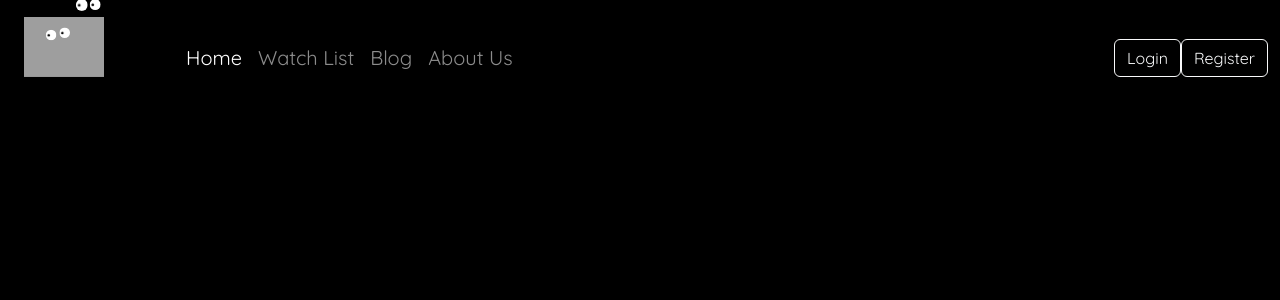
Repository: dangnguyenblackie/Movie-Review-Site
Page: / (app in movie-app/)
These files come from the project's save history. The page is drawn as it stood at one moment and after the next save; the edit follows.
The browser window is 1280 px wide. The pictures show the whole page.
Pictures or frames that could not be fetched are drawn as grey boxes. The page's requests for data from a server got no answer. The project was rebuilt for these pictures with package versions that can differ from the ones it lists, and the page was loaded fresh each time. No one was signed in, and anything a server would have sent is missing. Also part of the build but not shown: movie-app/vite.config.ts, movie-app/src/components/header/Header.css.

Above is the page before, as saved 2023-08-12 22:02:06.

### movie-app/index.html
<!doctype html>
<html lang="en">
  <head>
    <meta charset="UTF-8" />
    <link rel="icon" type="image/svg+xml" href="/vite.svg" />
    <meta name="viewport" content="width=device-width, initial-scale=1.0" />
    <title>Movie</title>
  </head>
  <body>
    <div id="root"></div>
    <script type="module" src="/src/main.tsx"></script>
  </body>
</html>

### movie-app/src/main.tsx
import React from 'react'
import ReactDOM from 'react-dom/client'
import App from './App.tsx'
import './index.css'
import 'bootstrap/dist/css/bootstrap.css'
import './App.css'
import { BrowserRouter, Route, Routes } from 'react-router-dom'

ReactDOM.createRoot(document.getElementById('root')!).render(
  <React.StrictMode>
    <BrowserRouter>
      <Routes>
        <Route path='/*' element={<App />} />
      </Routes>
    </BrowserRouter>
  </React.StrictMode>,
)

### movie-app/src/App.tsx
import { Route, Routes } from "react-router-dom";
import Layout from "./components/Layout";
import Home from "./components/home/Home.jsx";
import { useEffect, useState } from "react";
import api from "./api/axiosConfig";
import "./App.css"
import Header from "./components/header/Header.tsx";
const App = () => {

  const [movies, setMovies] = useState();
  const getMovies = async () => {
    try {
      const response = await api.get("/api/v1/movies");
      setMovies(response.data);
    } catch (error) {
      console.log(error);
    }
  };

  useEffect(() => {
    getMovies();
  }, []);

  return (
    <div className="App">
      <Header />
        <Routes>
          <Route path="/" element={<Layout />}>

            <Route path="/" element={<Home movies={movies}/>} />
          </Route>
        </Routes>
    </div>

  );
};

export default App;

### movie-app/src/index.css
/* :root {
  font-family: Inter, system-ui, Avenir, Helvetica, Arial, sans-serif;
  line-height: 1.5;
  font-weight: 400;

  color-scheme: light dark;
  color: rgba(255, 255, 255, 0.87);
  background-color: #242424;

  font-synthesis: none;
  text-rendering: optimizeLegibility;
  -webkit-font-smoothing: antialiased;
  -moz-osx-font-smoothing: grayscale;
  -webkit-text-size-adjust: 100%;
} */

a {
  font-weight: 500;
  color: #646cff;
  text-decoration: inherit;
}
a:hover {
  color: #535bf2;
}


h1 {
  font-size: 3.2em;
  line-height: 1.1;
}

button {
  border-radius: 8px;
  border: 1px solid transparent;
  padding: 0.6em 1.2em;
  font-size: 1em;
  font-weight: 500;
  font-family: inherit;
  background-color: #1a1a1a;
  cursor: pointer;
  transition: border-color 0.25s;
}
button:hover {
  border-color: #646cff;
}
button:focus,
button:focus-visible {
  outline: 4px auto -webkit-focus-ring-color;
}

@media (prefers-color-scheme: light) {
  :root {
    color: #213547;
    background-color: #ffffff;
  }
  a:hover {
    color: #747bff;
  }
  button {
    background-color: #f9f9f9;
  }
}

### movie-app/src/App.css
@import url('https://fonts.googleapis.com/css2?family=Quicksand&display=swap');

*{
  box-sizing: border-box;
  font-family: 'Quicksand', Arial, Helvetica, sans-serif;
}
body{
  padding:0;
  margin:0;
}
.App{
  display: flex;
  flex-direction: column;
  min-height: 100vh;
  background-color: black;
  color:white;
  /* margin-top:10px; */
}

### movie-app/src/components/Layout.tsx
import { Outlet } from "react-router-dom";

const Layout = () => {
  return (
    <main>
      <Outlet />
    </main>
  );
};

export default Layout;

### movie-app/src/components/home/Home.jsx
import Slide from '../slide/Slide'

const Home = ({ movies }) => {
  return (
    <Slide movies={movies} ></Slide>
  )
}

export default Home

### movie-app/src/api/axiosConfig.tsx
import axios from 'axios'

export default axios.create({
    baseURL: "http://localhost:12000/",
    timeout: 1000
})

### movie-app/src/components/header/Header.tsx
import { Container, Nav, Navbar } from "react-bootstrap";
import { NavLink } from "react-router-dom";
import Morty from "../morty/Morty";
import "./Header.css";

const Header = () => {
  return (
    <Navbar
      bg="black"
      variant="dark"
      expand="lg"
    >
      <Container fluid>
        <Navbar.Brand href="/" style={{ height: "100px", width: "100px" }}>
          <Morty />
        </Navbar.Brand>
        <Navbar.Toggle aria-controls="navbarScroll" />
        <Navbar.Collapse id="navbarScroll">
          <Nav
            className="me-auto my-2 my-lg-0"
            style={{ maxHeight: "100px", fontSize: "20px", margin: "0px 50px" }}
            navbarScroll
          >
            <NavLink className="nav-link" to="/">
              Home
            </NavLink>
            <NavLink className="nav-link" to="/watchlist">
              Watch List
            </NavLink>
            <NavLink className="nav-link" to="/blog">
              Blog
            </NavLink>
            <NavLink className="nav-link" to="/about">
              About Us
            </NavLink>
          </Nav>
          <div className="auth-buttons">
            <button type="button" className="btn btn-outline-light">
              Login
            </button>
            <button type="button" className="btn btn-outline-light">
              Register
            </button>
          </div>
        </Navbar.Collapse>
      </Container>
    </Navbar>
  );
};

export default Header;

### movie-app/src/components/slide/Slide.jsx
import "./Slide.css";
import Carousel from "react-material-ui-carousel";
import { Paper } from "@mui/material";

const Slide = ({ movies }) => {
  return (
    <div className="movie-carousel-container">
      <Carousel>
        {
          movies?.map((movie) => {
            return (
              <Paper>
                <div className="movie-card-container">
                  <div className="movie-card" style={{"--img": `url(${movie.backdrops[0]})`}}>
                    <div className="movie-detail">
                      <div className="movie-poster">
                        <img src={movie.poster} />
                      </div>
                      <div className="movie-title">
                        <h4>{movie.title}</h4>
                      </div>
                    </div>
                  </div>
                </div>
              </Paper>
            );
          })
        }
      </Carousel>
    </div>
  );
};

export default Slide;

### movie-app/src/components/morty/Morty.tsx
import morty from "../../assets/morty.png";
import eye from "../../assets/eye.png";
import { useEffect, useRef, useState } from "react";
import "./Morty.css";
import angle from "./Utils";

const Morty = () => {
  const [coords, setCoords] = useState({ x: 0, y: 0, deg: 0 });
  const anchorRef = useRef<HTMLImageElement>(null);

  var rekt;
  var anchorX: number;
  var anchorY: number;

  useEffect(() => {
    if (anchorRef.current) {
      rekt = anchorRef.current.getBoundingClientRect();
      anchorX = rekt.left + rekt.width / 2;
      anchorY = rekt.top + rekt.height / 2;
    }

    const handleWindowMouseMove = (event: MouseEvent) => {
      setCoords({
        x: event.clientX,
        y: event.clientY,
        deg: 0 + angle(event.clientX, event.clientY, anchorX, anchorY),
      });
    };

    window.addEventListener("mousemove", handleWindowMouseMove);

    return () => {
      window.removeEventListener("mousemove", handleWindowMouseMove);
    };
  }, []);

  return (
    <>
      <div id="rick-and-morty-container">
        <img ref={anchorRef} id="rick-and-morty-anchor" src={morty} />
        <div id="rick-and-morty-eyes">
          <img
            className="rick-and-morty-eye"
            src={eye}
            style={{
              top: "58px",
              right: "-142px",
              transform: `rotate(${coords.deg}deg)`,
            }}
          />
          <img
            className="rick-and-morty-eye"
            src={eye}
            style={{
              top: "47px",
              right: "-208px",
              transform: `rotate(${coords.deg}deg)`,
            }}
          />
          <img
            className="rick-and-morty-eye"
            src={eye}
            style={{
              top: "-88px",
              right: "-291px",
              scale: "115%",
              transform: `rotate(${coords.deg}deg)`,
            }}
          />
          <img
            className="rick-and-morty-eye"
            src={eye}
            style={{
              top: "-90px",
              right: "-356px",
              scale: "106%",
              transform: `rotate(${coords.deg}deg)`,
            }}
          />
        </div>
      </div>
    </>
  );
};

export default Morty;

### movie-app/src/components/slide/Slide.css
.movie-carousel-container{
    width: 100vw;
    background-color: #000;
}

.movie-poster{
    height: 300px;
    border: 0.5px solid rgba(255,255,255,0.5);
    border-radius: 5%;
    overflow: hidden;
}

.movie-poster > img{
    height: 100%;
    width: 100%;

}

.movie-card-container{
    height: 550px;
    background-color: #000;
}

.movie-card{
    background-repeat: no-repeat;
    width: 100%;
    height: 100%;
    background-size: cover;
    background-image: linear-gradient(to bottom, rgba(0,0,0,0), rgba(0,0,0,1)), var(--img
);
}

.movie-detail{
    position: absolute;
    top: 200px;
    display: flex;
    justify-content: space-evenly;
    width: 100%;

}

.movie-title{
    color: #fff;
    display: flex;
    align-items: center;
}

### movie-app/src/components/morty/Morty.css

#rick-and-morty-container{
    display: grid;
    place-items: center;
    position: relative;
    scale: 20%;
}


#rick-and-morty-eyes, #rick-and-morty-eyes img{
    position: absolute;
    border:1px rgba(255, 255, 255, 0);
    border-radius: 50%;
    scale: 103%;
}

#rick-and-morty-container{
    scale: 20%;
    max-height: 11%;
    max-width: 30%;
}

/* @media only screen and (max-width: 400px) {
    #rick-and-morty-container {
      display: none;
    }
  } */

### movie-app/src/components/morty/Utils.ts
export default function angle(
  cx: number,
  cy: number,
  ex: number,
  ey: number
): number {
  const ax = ex - cx;
  const ay = ey - cy;

  const rad = Math.atan2(ay, ax);
  const degree = (rad * 180) / Math.PI;

  return degree;
}

After the next save:
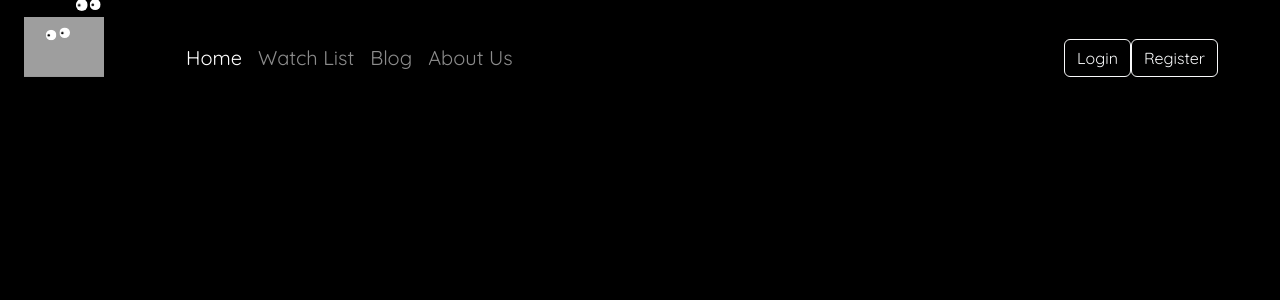
Saved 11 s later.
--- a/movie-app/src/components/header/Header.tsx
+++ b/movie-app/src/components/header/Header.tsx
@@ -34,7 +34,7 @@
               About Us
             </NavLink>
           </Nav>
-          <div className="auth-buttons">
+          <div className="auth-buttons" style={{margin: "0px 50px" }}>
             <button type="button" className="btn btn-outline-light">
               Login
             </button>

After the save that followed:
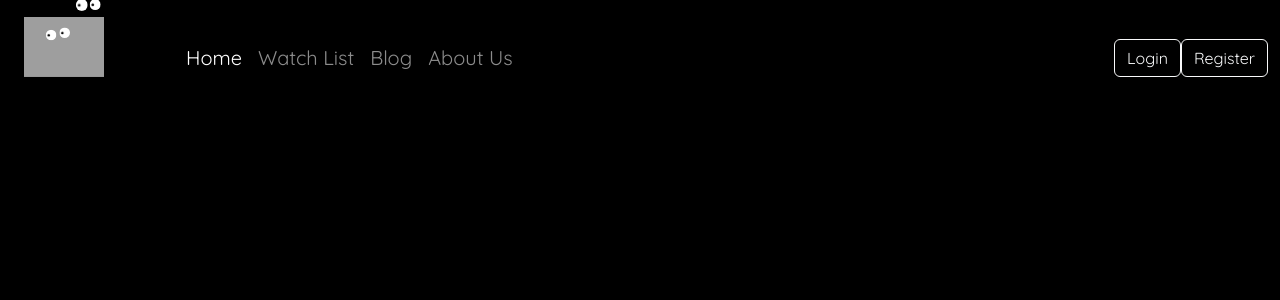
Saved 33 s later.
--- a/movie-app/src/components/header/Header.tsx
+++ b/movie-app/src/components/header/Header.tsx
@@ -34,7 +34,7 @@
               About Us
             </NavLink>
           </Nav>
-          <div className="auth-buttons" style={{margin: "0px 50px" }}>
+          <div className="auth-buttons" style={{display:"flex"}}>
             <button type="button" className="btn btn-outline-light">
               Login
             </button>
